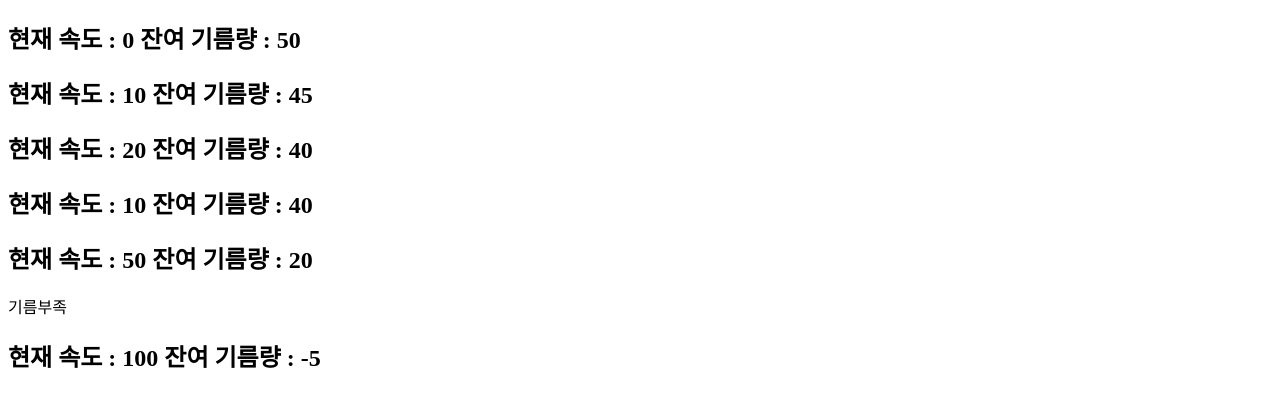
Repository: Dalso13/workspace
Page: workspace_web/chapter03_javascript/WebContent/06_객체/Ex07_객체문제.html
The author's editor kept a copy of each file at every save. The page is drawn from the files as they stood at one save, then again after the next save.
The browser window is 1280 px wide. The pictures show the whole page.

Above is the page before, as saved 2023-05-11 06:15:07.

### workspace_web/chapter03_javascript/WebContent/06_객체/Ex07_객체문제.html
<!DOCTYPE html>
<html>
<head>
<meta charset="UTF-8">
<title>Insert title here</title>
<script type="text/javascript">
	/*
		1. 빈 객체 car 생성
		2. 객체 car에 동적으로 프로퍼티 추가
			1) model = 아무거나
			2) speed = 0
			3) oil	= 50;
			4) MAX_SPEED = 100
			5) speedUp 함수 -> speed 10 증가시 oil 5 사용
			6) speedDown 함수 -> speed 감소에 oil 미사용
	*/

	let car = {};

	car.model = "G80";
	car.speed = 0;
	car.oil = 50;
	car.MAX_SPEED = 100;


	function speedUp(speed) {
			if (speed/2 > car.oil) {
				document.write("기름부족")
			}

			car.speed += speed;
			let count = speed/10;

			while (count > 0) {
				count--;
				car.oil -= 5;
			}

	}

	function speedDown(speed) {
		car.speed -= speed;
		if (car.speed <= 0) {
			car.speed = 0;
		}
	}

	document.write("<h2> 현재 속도 : " + car.speed + " 잔여 기름량 : " + car.oil + "</h2>");
	speedUp(10);
	document.write("<h2> 현재 속도 : " + car.speed + " 잔여 기름량 : " + car.oil + "</h2>");
	speedUp(10);
	document.write("<h2> 현재 속도 : " + car.speed + " 잔여 기름량 : " + car.oil + "</h2>");
	speedDown(10);
	document.write("<h2> 현재 속도 : " + car.speed + " 잔여 기름량 : " + car.oil + "</h2>");
	speedUp(40);
	document.write("<h2> 현재 속도 : " + car.speed + " 잔여 기름량 : " + car.oil + "</h2>");
	speedUp(50);
	document.write("<h2> 현재 속도 : " + car.speed + " 잔여 기름량 : " + car.oil + "</h2>");
</script>
</head>
<body>

</body>
</html>

After the next save:
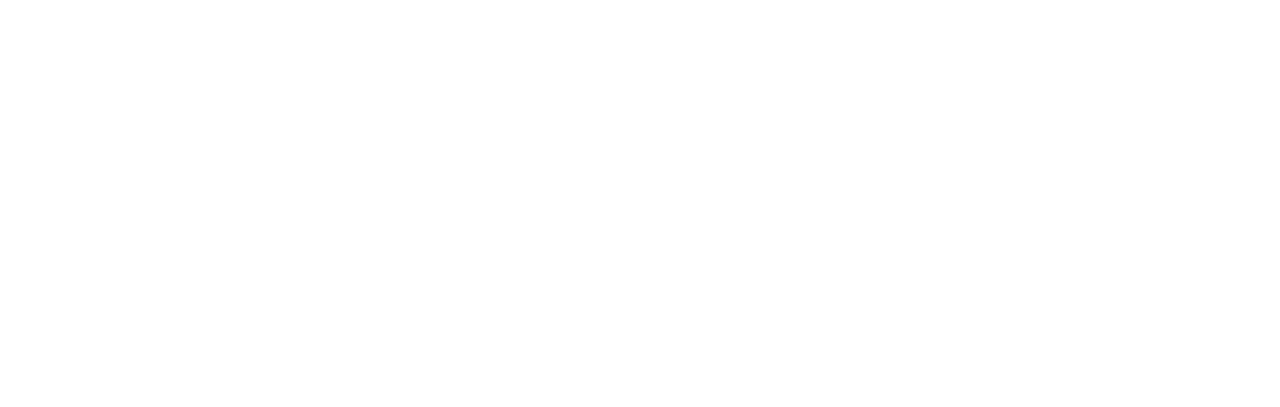
Console error: SyntaxError: Illegal break statement
Saved 24 s later.
--- a/workspace_web/chapter03_javascript/WebContent/06_객체/Ex07_객체문제.html
+++ b/workspace_web/chapter03_javascript/WebContent/06_객체/Ex07_객체문제.html
@@ -26,6 +26,7 @@
 	function speedUp(speed) {
 			if (speed/2 > car.oil) {
 				document.write("기름부족")
+				break;
 			}
 
 			car.speed += speed;

After the save that followed:
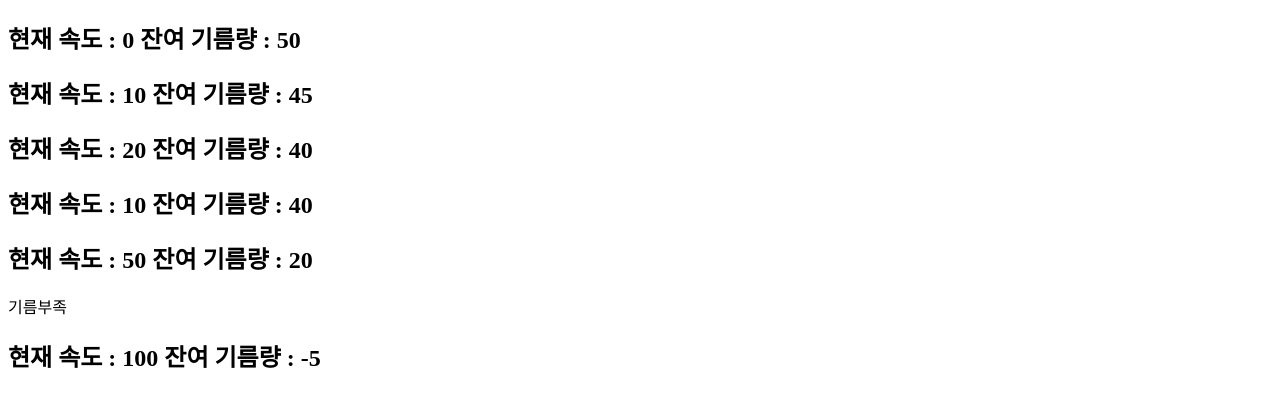
The error is gone.
Saved 34 s later.
--- a/workspace_web/chapter03_javascript/WebContent/06_객체/Ex07_객체문제.html
+++ b/workspace_web/chapter03_javascript/WebContent/06_객체/Ex07_객체문제.html
@@ -26,7 +26,7 @@
 	function speedUp(speed) {
 			if (speed/2 > car.oil) {
 				document.write("기름부족")
-				break;
+				this.speed = 0;
 			}
 
 			car.speed += speed;
